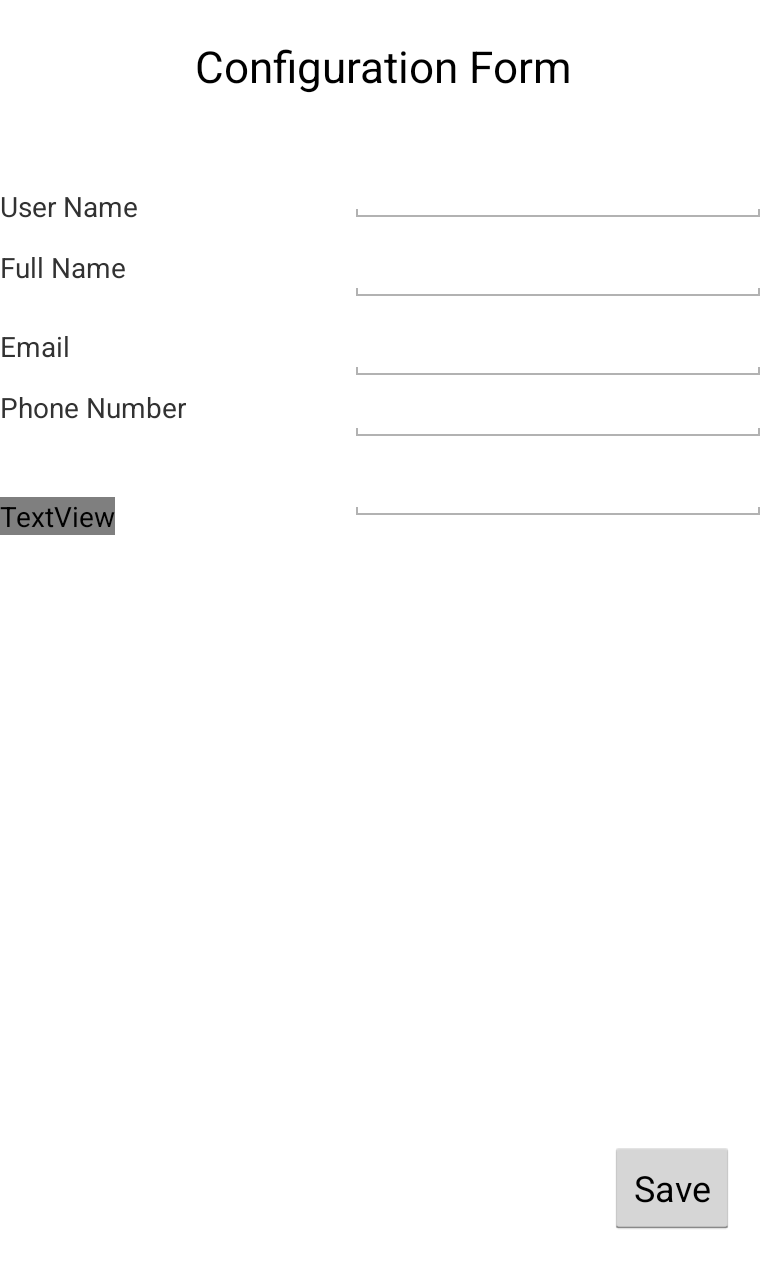
Repository: VanThi/Smart_Order
Layout: Project OS/Project_SO/res/layout/customer_configuration.xml
An editor plug-in stored every save of this project. The layout is shown before and after the next save, followed by the edit.
Pictures or frames that could not be fetched are drawn as grey boxes. It is drawn on a 768 x 1280 px phone screen (xhdpi) without system bars, with theme AppTheme; the app's code is not run.

Above is the layout before, as saved 2013-11-08 16:45:48.

### Project OS/Project_SO/res/layout/customer_configuration.xml
<?xml version="1.0" encoding="utf-8"?>
<RelativeLayout xmlns:android="http://schemas.android.com/apk/res/android"
    android:layout_width="match_parent"
    android:layout_height="match_parent"
    android:orientation="vertical" >

    <TextView
        android:id="@+id/registerForm"
        android:layout_width="wrap_content"
        android:layout_height="wrap_content"
        android:layout_alignParentTop="true"
        android:layout_centerHorizontal="true"
        android:layout_marginTop="18dp"
        android:text="@string/configurationForm"
        android:textAppearance="?android:attr/textAppearanceLarge" />

    <TextView
        android:id="@+id/tv_userName"
        android:layout_width="wrap_content"
        android:layout_height="wrap_content"
        android:layout_alignParentLeft="true"
        android:layout_below="@+id/registerForm"
        android:layout_marginTop="46dp"
        android:text="@string/userName" />

    <TextView
        android:id="@+id/tv_fullName"
        android:layout_width="wrap_content"
        android:layout_height="wrap_content"
        android:layout_alignBaseline="@+id/et_fullname_con"
        android:layout_alignBottom="@+id/et_fullname_con"
        android:layout_alignParentLeft="true"
        android:text="@string/fullName" />

    <TextView
        android:id="@+id/tv_email"
        android:layout_width="wrap_content"
        android:layout_height="wrap_content"
        android:layout_alignBaseline="@+id/et_email_con"
        android:layout_alignBottom="@+id/et_email_con"
        android:layout_alignParentLeft="true"
        android:ems="10"
        android:text="@string/email" />

    <EditText
        android:id="@+id/et_userName_con"
        android:layout_width="wrap_content"
        android:layout_height="wrap_content"
        android:layout_alignBottom="@+id/tv_userName"
        android:layout_alignParentRight="true"
        android:inputType="text"
        android:ems="10" />

    <EditText
        android:id="@+id/et_phoneNumber_con"
        android:layout_width="wrap_content"
        android:layout_height="wrap_content"
        android:layout_alignParentRight="true"
        android:layout_below="@+id/tv_email"
        android:inputType="phone"
        android:ems="10" />

    <EditText
        android:id="@+id/et_address_con"
        android:layout_width="wrap_content"
        android:layout_height="wrap_content"
        android:layout_alignParentRight="true"
        android:layout_below="@+id/et_phoneNumber_con"
        android:inputType="text"
        android:ems="10" />

    <Button
        android:id="@+id/save_con"
        android:layout_width="wrap_content"
        android:layout_height="wrap_content"
        android:layout_alignParentBottom="true"
        android:layout_alignParentRight="true"
        android:layout_marginBottom="22dp"
        android:layout_marginRight="16dp"
        android:text="@string/save" />

    <EditText
        android:id="@+id/et_fullname_con"
        android:layout_width="wrap_content"
        android:layout_height="wrap_content"
        android:layout_alignParentRight="true"
        android:layout_below="@+id/et_userName_con"
        android:ems="10"
        android:inputType="text" >

    </EditText>

    <EditText
        android:id="@+id/et_email_con"
        android:layout_width="wrap_content"
        android:layout_height="wrap_content"
        android:layout_alignParentRight="true"
        android:layout_below="@+id/et_fullname_con"
        android:inputType="textEmailAddress"
        android:ems="10" />

    <TextView
        android:id="@+id/tv_address"
        android:layout_width="wrap_content"
        android:layout_height="wrap_content"
        android:layout_alignBaseline="@+id/et_address_con"
        android:layout_alignBottom="@+id/et_address_con"
        android:layout_alignParentLeft="true"
        android:inputMethod=""
        android:text="@string/address" />

    <TextView
        android:id="@+id/tv_phoneNumber"
        android:layout_width="wrap_content"
        android:layout_height="wrap_content"
        android:layout_alignBaseline="@+id/et_phoneNumber_con"
        android:layout_alignBottom="@+id/et_phoneNumber_con"
        android:layout_alignParentLeft="true"
        android:text="Phone Number" />

</RelativeLayout>

### Project OS/Project_SO/res/values/styles.xml
<resources>

    <!--
        Base application theme, dependent on API level. This theme is replaced
        by AppBaseTheme from res/values-vXX/styles.xml on newer devices.
    -->
    <style name="AppBaseTheme" parent="android:Theme.Light">
        <!--
            Theme customizations available in newer API levels can go in
            res/values-vXX/styles.xml, while customizations related to
            backward-compatibility can go here.
        -->
    </style>

    <style name="NoActionBar" parent="@android:style/Theme.Holo.NoActionBar">
        <!-- Inherits the Holo theme with no action bar; no other styles needed. -->
    </style>

    <!-- Application theme. -->
    <style name="AppTheme" parent="AppBaseTheme">
        <!-- All customizations that are NOT specific to a particular API-level can go here. -->
    </style>

    <style name="HeaderBG">
        <item name="android:layout_width">fill_parent</item>
        <item name="android:layout_height">60dp</item>
        <item name="android:background">@drawable/header_bg</item>
        <item name="android:orientation">horizontal</item>
    </style>

    <style name="HeaderText">
        <item name="android:textColor">#FFFFFF</item>
        <item name="android:textSize">22sp</item>
        <item name="android:textStyle">bold</item>
        <item name="android:ellipsize">end</item>
        <item name="android:gravity">center</item>
        <item name="android:singleLine">true</item>
        <item name="android:text">@string/app_name</item>
    </style>

    <style name="Background">
        <item name="android:layout_width">fill_parent</item>
        <item name="android:layout_height">fill_parent</item>
        <item name="android:background">@color/background</item>
        <item name="android:orientation">vertical</item>
    </style>

    <style name="MENU">
        <item name="android:layout_width">fill_parent</item>
        <item name="android:layout_height">63dp</item>
        <item name="android:background">@drawable/menu_bg</item>
        <item name="android:gravity">center_vertical</item>
        <item name="android:padding">10dp</item>
        <item name="android:textColor">#FFFFFF</item>
        <item name="android:textSize">16sp</item>
    </style>

    <style name="TextDescription">
        <item name="android:textColor">@color/black</item>
        <item name="android:textSize">16sp</item>
        <item name="android:typeface">sans</item>
        <item name="android:textStyle">bold</item>
    </style>

    <style name="Text">
        <item name="android:textColor">@color/black</item>
        <item name="android:textSize">14sp</item>
        <item name="android:typeface">sans</item>
    </style>

    <style name="EditText">
        <item name="android:textColor">@color/black</item>
        <item name="android:textSize">14sp</item>
        <item name="android:typeface">sans</item>
        <item name="android:padding">5dp</item>
    </style>

    <style name="Button">
        <item name="android:padding">5dp</item>
        <item name="android:textStyle">bold</item>
        <item name="android:textColor">@color/white</item>
        <item name="android:textSize">14sp</item>
        <item name="android:background">@drawable/btn_bg</item>
        <item name="android:typeface">sans</item>
        <item name="android:layout_width">90dp</item>
        <item name="android:layout_height">40dp</item>
    </style>

    <style name="ButtonRight">
        <item name="android:padding">5dp</item>
        <item name="android:textStyle">bold</item>
        <item name="android:textColor">@color/white</item>
        <item name="android:textSize">14sp</item>
        <item name="android:background">@drawable/btn_bg</item>
        <item name="android:typeface">sans</item>
        <item name="android:layout_width">90dp</item>
        <item name="android:layout_height">40dp</item>
        <item name="android:layout_marginLeft">5dp</item>
    </style>

    <style name="CustomProgressBar" parent="android:Widget.ProgressBar.Horizontal">
        <item name="android:layout_width">200dp</item>
        <item name="android:layout_height">wrap_content</item>
        <item name="android:padding">5dp</item>
        <item name="android:layout_marginRight">10dp</item>
        <item name="android:indeterminateOnly">false</item>
        <item name="android:progressDrawable">@drawable/custom_progress_bar_horizontal</item>
        <item name="android:minHeight">10dip</item>
        <item name="android:maxHeight">20dip</item>
    </style>


</resources>

### Project OS/Project_SO/res/values/strings.xml
<?xml version="1.0" encoding="utf-8"?>
<resources>

    <string name="app_name">Smart Order</string>
    <string name="action_settings">Settings</string>
    <string name="hello_world">Hello world!</string>
    <string name="menu_item">Menu</string>
    <string name="configuration">Configuration</string>
    <string name="viewOrder">View Order</string>
    <string name="logout">Logout</string>
    <string name="exit">Exit</string>
    <string name="userName">User Name</string>
    <string name="password">PassWord</string>
    <string name="address">Address</string>
    <string name="phoneNumber">Phone Number</string>
    <string name="email">Email</string>
    <string name="confirm">Confirm</string>
    <string name="fullName">Full Name</string>
    <string name="register">Have not a account?</string>
    <string name="login">Login</string>
    <string name="developer">CyberSoft Team 1</string>
    <string name="clear">Clear</string>
    <string name="update">Update</string>
    <string name="order">Order</string>
    <string name="save">Save</string>
    <string name="registerForm">Register Form</string>
	<string name="configurationForm">Configuration Form</string>
</resources>

Loaded but not shown: Project OS/Project_SO/res/values-v11/styles.xml (common file); Project OS/Project_SO/res/values-v14/styles.xml (common file)

After the next save:
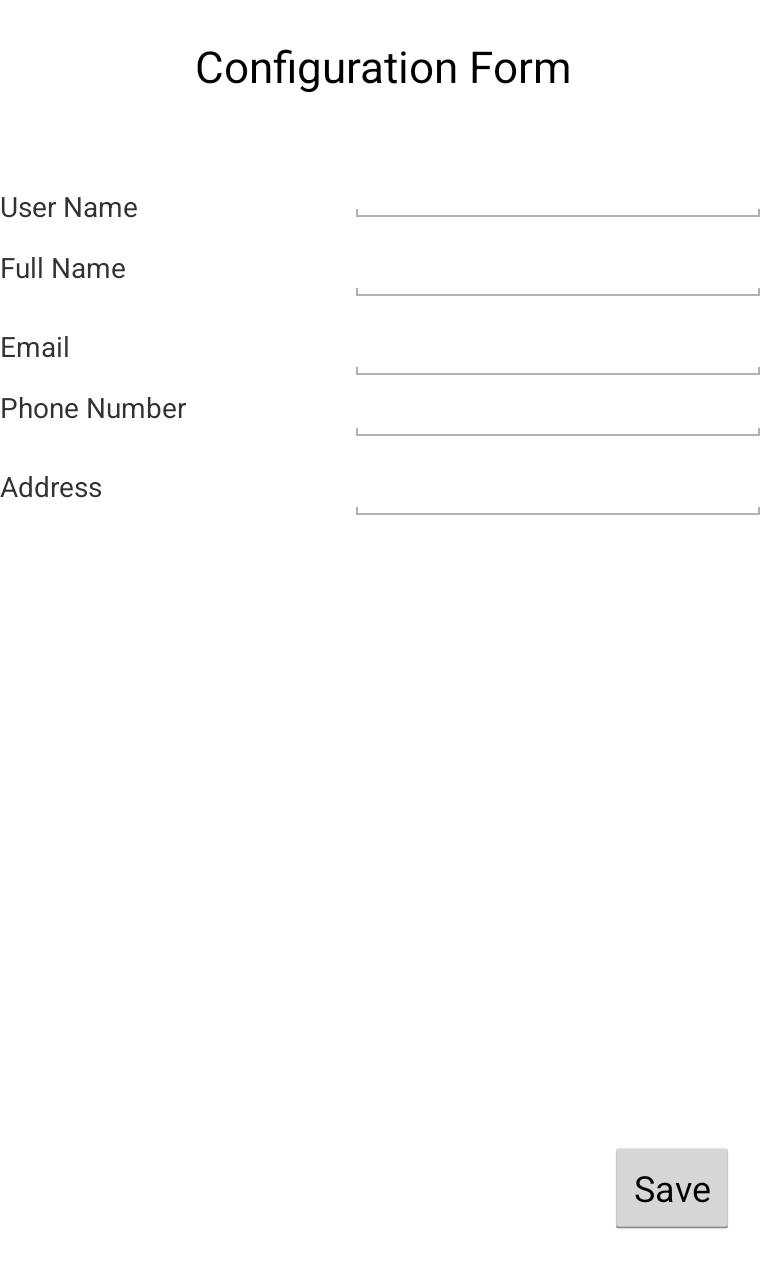
Saved 6 s later.
--- a/Project OS/Project_SO/res/layout/customer_configuration.xml
+++ b/Project OS/Project_SO/res/layout/customer_configuration.xml
@@ -106,7 +106,7 @@
         android:layout_alignBaseline="@+id/et_address_con"
         android:layout_alignBottom="@+id/et_address_con"
         android:layout_alignParentLeft="true"
-        android:inputMethod=""
+        android:inputType="text"
         android:text="@string/address" />
 
     <TextView
